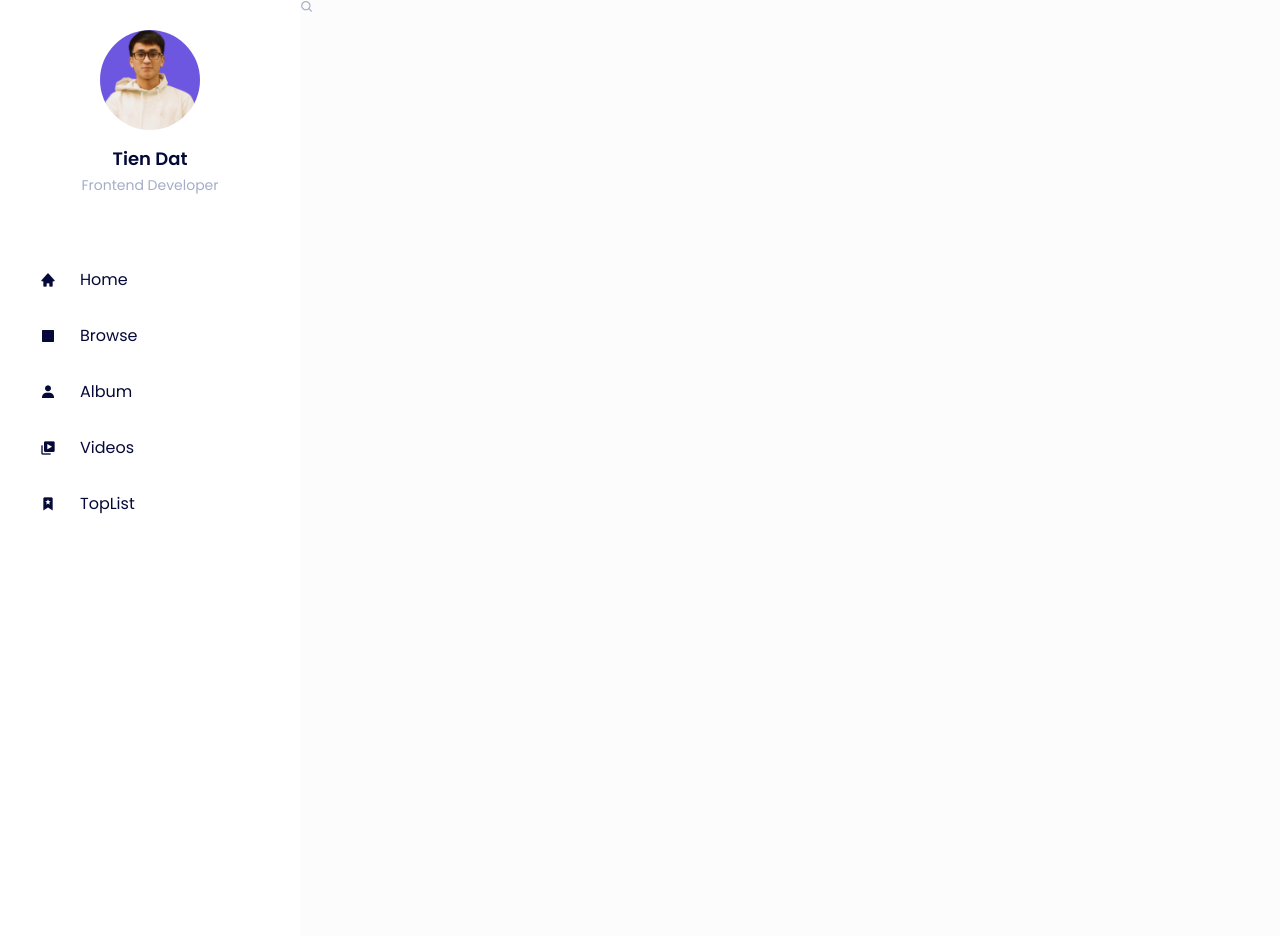
Repository: Datt21/music-webapp
Page: index.html
The author's editor kept a copy of each file at every save. The page is drawn from the files as they stood at one save, then again after the next save.
The browser window is 1280 px wide. The pictures show the whole page.
The style sheet was rebuilt from its Sass, Less or Tailwind sources for each picture, by a compiler version that may differ from the author's.

Above is the page before, as saved 2021-09-05 05:14:40.

After the next save:
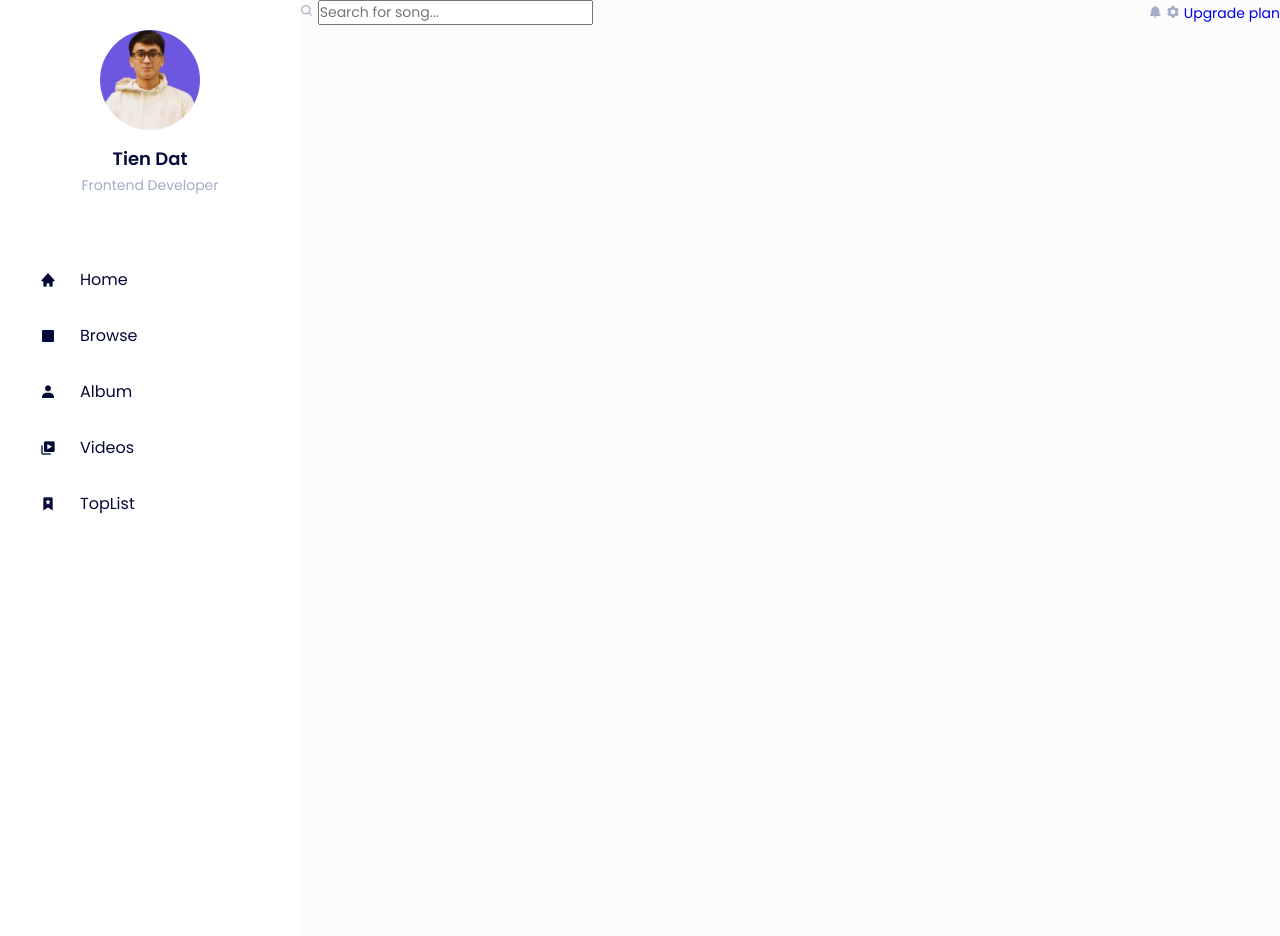
Saved 8 s later.
--- a/index.html
+++ b/index.html
@@ -61,7 +61,14 @@
             <div class="header">
                 <div class="search">
                     <i class='bx bx-search search-icon'></i>
-
+                    <input type="text" inputmode="search"
+                    placeholder="Search for song..."
+                    class="search-input"/>
+                </div>
+                <div class="tool">
+                    <i class='bx bxs-bell tool-icon'></i>
+                    <i class='bx bxs-cog tool-icon' ></i>
+                    <a href="#" class="upgrade">Upgrade plan</a>
                 </div>
             </div>
         </div>
